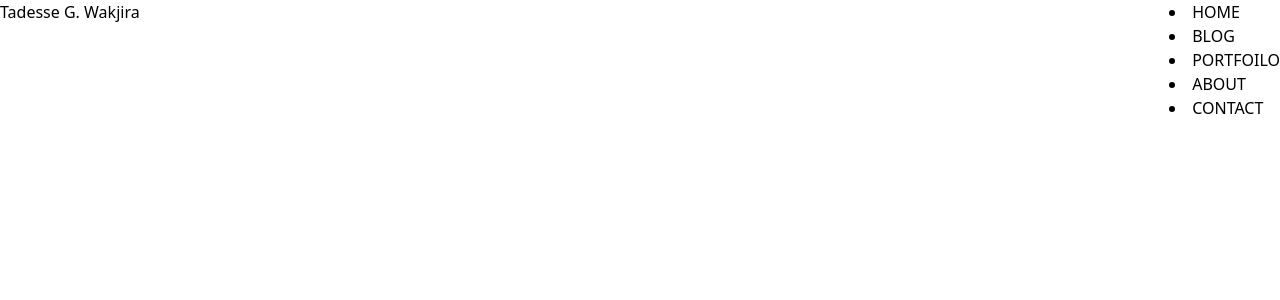
Repository: Elias-Kibret/Tade-portfoilo
Page: /
An editor plug-in stored every save of this project. The page is shown before and after the next save, followed by the edit.
The browser window is 1280 px wide. The pictures show the whole page.
The project was rebuilt for these pictures with package versions that can differ from the ones it lists, and the page was loaded fresh each time. The framework's server and built-in components were replaced by stand-ins that run in the browser. Also part of the build but not shown: next.config.js.

Above is the page before, as saved 2022-06-27 00:10:33.

### pages/index.tsx
import type { NextPage } from 'next'
import Head from 'next/head'
import Image from 'next/image'
import Header from '../components/Header'
const Home: NextPage = () => {
  return (
    <div>
      <Head>
        <title>Create Next App</title>
        <link rel="icon" href="/favicon.ico" />
      </Head>
      <Header/>
    </div>
  )
}

export default Home

### components/Header.tsx
import Head from "next/head"
import Link from "next/link"
const Header = () => {
  return (
<header>
   <div className="flex justify-between">
      <div>
        <span>Tadesse G. Wakjira</span>
      </div>
      <div>
        <nav>
            <li>
                <Link href="">
                    <a> HOME</a>
                </Link>
            </li>
            <li>
                <Link href="">
                    <a> BLOG</a>
                </Link>
            </li>
            <li>
                <Link href="">
                    <a> PORTFOILO</a>
                </Link>
            </li>
            <li>
                <Link href="">
                    <a> ABOUT</a>
                </Link>
            </li>
            <li>
                <Link href="">
                    <a> CONTACT</a>
                </Link>
            </li>
        </nav>
      </div>
    </div>
</header>
  )
}

export default Header

Loaded but not shown: pages/_app.tsx (common file); styles/globals.css (common file); tailwind.config.js (common file)

After the next save:
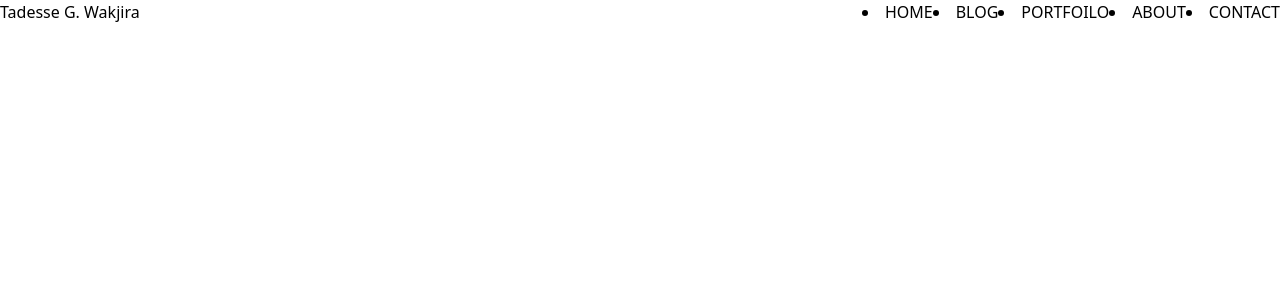
Saved 17 s later.
--- a/components/Header.tsx
+++ b/components/Header.tsx
@@ -8,7 +8,7 @@ const Header = () => {
         <span>Tadesse G. Wakjira</span>
       </div>
       <div>
-        <nav>
+        <nav className="flex">
             <li>
                 <Link href="">
                     <a> HOME</a>
